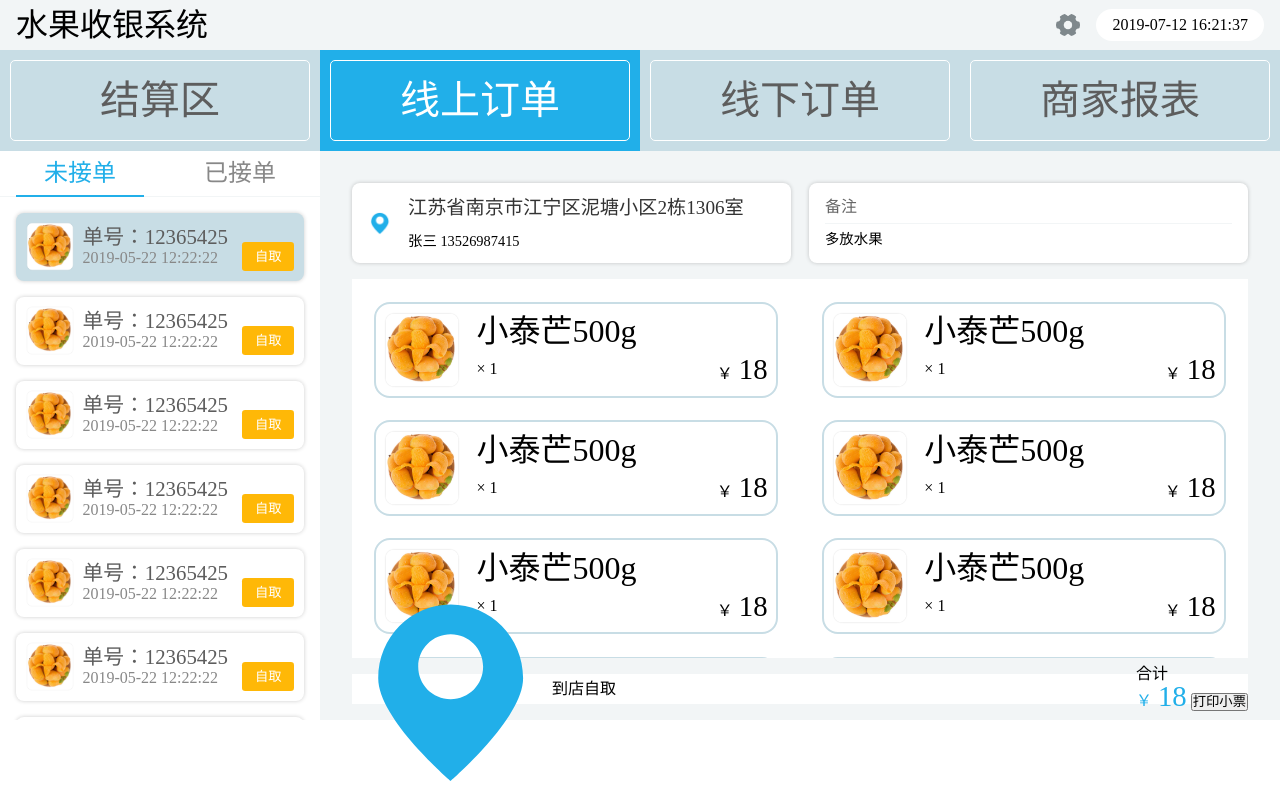
Repository: missing-star/fruit
Page: index.html
An editor plug-in stored every save of this project. The page is shown before and after the next save, followed by the edit.
The browser window is 1280 px wide. The pictures show the whole page.
An inner scrolling area shows only its first screen.

Above is the page before, as saved 2019-07-12 17:28:13.

### index.html
<!DOCTYPE html>
<html lang="en">

<head>
    <meta charset="UTF-8">
    <meta name="viewport" content="width=device-width, initial-scale=1.0">
    <meta http-equiv="X-UA-Compatible" content="ie=edge">
    <title>水果收银系统</title>
    <link rel="stylesheet" href="./css/index.css">
</head>

<body>
    <div id="app">
        <header class="title-bar">
            <p class="title">水果收银系统</p>
            <div class="right-part-show">
                <img src="./images/setting.png" alt="设置" class="setting-icon">
                <p class="show-current-time">{{currentTime}}</p>
            </div>
        </header>
        <ul class="category-tab">
            <li class="category-item" :class="{active:currentIndex == 0}" @click="switchTab(0)">
                <p class="category-title">结算区</p>
            </li>
            <li class="category-item" :class="{active:currentIndex == 1}" @click="switchTab(1)">
                <p class="category-title">线上订单</p>
            </li>
            <li class="category-item" :class="{active:currentIndex == 2}" @click="switchTab(2)">
                <p class="category-title">线下订单</p>
            </li>
            <li class="category-item" :class="{active:currentIndex == 3}" @click="switchTab(3)">
                <p class="category-title">商家报表</p>
            </li>
        </ul>
        <!-- 结算区 -->
        <div v-show="currentIndex == 0" class="main-content">
            <div class="operation-wrapper">
                <ul class="goods-list-wrapper">
                    <li v-for="n in 10" class="goods-item">
                        <div class="goods-pic-wrapper">
                            <span class="delete-icon pointer"></span>
                            <img src="./images/goods.png" class="goods-pic">
                        </div>
                        <div class="goods-detail">
                            <p class="goods-title">苹果</p>
                            <p class="goods-spec">规格：12元/250g</p>
                            <p class="goods-money">
                                <span class="goods-weight">重量357g</span>
                                <span class="goods-price">
                                    <i class="money-icon black">￥</i>
                                    <i class="money-number black">18</i>
                                </span>
                            </p>
                        </div>
                    </li>
                </ul>
                <div class="calculator-scope">
                    <div class="show-total-money">
                        <p class="total-title">共4件商品</p>
                        <p class="total-money">
                            <span class="money-title">合计</span>
                            <span class="show-money">
                                <i class="money-icon blue">￥</i>
                                <i class="money-number blue">54.00</i>
                            </span>
                        </p>
                    </div>
                    <div class="operation-group">
                        <div class="left-part">
                            <button class="order-list pointer">挂单列表</button>
                            <button class="go-order pointer">挂单</button>
                        </div>
                        <button class="right-part pointer">
                            结算
                        </button>
                    </div>
                </div>
            </div>
            <div class="goods-choice-wrapper">
                <ul class="goods-category-wrapper">
                    <li @click="switchSubTab(n-1)" :class="{active:subCurrentIndex == n-1}" v-for="n in 20"
                        class="goods-category-item pointer">
                        分类
                    </li>
                </ul>
                <ul class="goods-choice-list">
                    <li v-for="n in 20" class="goods-choice-item">
                        <img src="./images/goods.png" class="goods-show-pic">
                        <p class="goods-desc">
                            <span class="goods-name">小泰芒</span>
                            <span class="price-weight">23元 / 250g</span>
                        </p>
                    </li>
                </ul>
            </div>
        </div>
        <div v-show="currentIndex == 1" class="main-content">
            <div class="operation-wrapper">
                <ul class="tab-wrapper">
                    <li @click="switchOnlineTab(0)" :class="{active:onlineCurrentIndex == 0}" class="tab-item pointer">
                        未接单</li>
                    <li @click="switchOnlineTab(1)" :class="{active:onlineCurrentIndex == 1}" class="tab-item pointer">
                        已接单</li>
                </ul>
                <div class="order-list-wrapper">
                    <ul v-show="onlineCurrentIndex == 0" class="accept-wrapper">
                        <li @click="getOrderDetail(0,n)" v-for="n in 20" class="order-item pointer"
                            :class="{active:currentOrder == n && onlineCurrentIndex == 0}">
                            <img src="./images/goods.png" class="order-goods-pic">
                            <div class="order-detail">
                                <p class="order-number">单号：12365425</p>
                                <p class="order-date">2019-05-22 12:22:22</p>
                            </div>
                            <button class="post-way self">自取</button>
                        </li>
                    </ul>
                    <ul v-show="onlineCurrentIndex == 1" class="accept-wrapper">
                        <li @click="getOrderDetail(1,n)" v-for="n in 20" class="order-item pointer"
                            :class="{active:currentOrder == n && onlineCurrentIndex == 1}">
                            <img src="./images/goods.png" class="order-goods-pic">
                            <div class="order-detail">
                                <p class="order-number">单号：12365425</p>
                                <p class="order-date">2019-05-22 12:22:22</p>
                            </div>
                            <button class="post-way post">自取</button>
                        </li>
                    </ul>
                </div>
            </div>
            <div class="order-detail-wrapper">
                <div class="user-info">
                    <div class="user-address info-part">
                        <img src="./images/location.png" class="location">
                        <div class="address-detail">
                            <p class="address">江苏省南京市江宁区泥塘小区2栋1306室</p>
                            <p class="user-detail">张三 13526987415</p>
                        </div>
                    </div>
                    <div class="user-comment info-part">
                        <p class="comment-title">备注</p>
                        <p class="user-detail">多放水果</p>
                    </div>
                </div>
                <ul class="order-detail-goods-list-wrapper">
                    <li v-for="n in 30" class="order-detail-goods-item">
                        <img src="./images/goods.png" class="order-detail-goods-pic">
                        <div class="order-detail-goods-detail">
                            <p class="title">小泰芒500g</p>
                            <p class="number-money">
                                <span class="goods-num">× 1</span>
                                <span class="goods-price">
                                    <i class="money-icon black">￥</i>
                                    <i class="money-number black">18</i>
                                </span>
                            </p>
                        </div>
                    </li>
                </ul>
                <div class="ticket-print-wrapper">
                    <p class="is-in-shop">
                        <img src="./images/location.png" class="check-icon">
                        <span class="check-titl">到店自取</span>
                    </p>
                    <div class="right-calculator">
                        <p class="calculator-title">合计</p>
                        <span class="goods-price">
                            <i class="money-icon blue">￥</i>
                            <i class="money-number blue">18</i>
                        </span>
                        <button class="print-action">打印小票</button>
                    </div>
                </div>
            </div>
        </div>
        <div v-show="currentIndex == 2" class="main-content">

        </div>
        <div v-show="currentIndex == 3" class="main-content">

        </div>
    </div>
    <script src="https://cdn.bootcss.com/vue/2.6.10/vue.js"></script>
    <script src="./js/index.js"></script>
</body>

</html>

### css/index.css
html,body,div#app{
    height: 100%;
    background: #FFFFFF;
    min-width: 1200px;
}
body{
    font-size: calc(100vw / 19.2);
}
*{
    padding: 0;
    margin: 0;
    list-style: none;
    box-sizing: border-box;
    line-height: 100%;
    color: #000000;
    font-style: normal;
}
header.title-bar {
    background: #F2F5F6;
    padding: 1rem;
    height: 7%;
    display: flex;
    align-items: center;
    justify-content: space-between;
}
p.title {
    font-size: 2rem;
}
.right-part-show {
    display: flex;
    align-items: center;
    justify-content: space-around;
}
img.setting-icon {
    width: 1.5rem;
    margin-right: 1rem;
    cursor: pointer;
}
p.show-current-time {
    font-size: 1rem;
    background: #FFFFFF;
    padding: 0.5rem 1rem;
    border-radius: 10rem;
}
ul.category-tab {
    width: 100%;
    height: 14%;
    display: flex;
    align-items: center;
    justify-content: space-around;
    background: #C8DDE5;
}
li.category-item{
    width: 100%;
    height: 100%;
    display: flex;
    align-items: center;
    justify-content: center;
    padding: 10px;
    cursor: pointer;
}
li.category-item p.category-title {
    color: #5D5D5D;
    border: 1px solid #FFFFFF;
    border-radius: 5px;
    width: 100%;
    height: 100%;
    display: flex;
    align-items: center;
    justify-content: center;
    white-space: nowrap;
    font-size: 2.5rem;
}
li.category-item.active{
    background: #21AFE9;
}
li.category-item.active p.category-title{
    color: #FFFFFF;
}
.pointer{
    cursor: pointer;
}
.main-content {
    height: 79%;
    display: flex;
}
.operation-wrapper {
    width: 25%;
    height: 100%;
}
li.goods-item {
    height: 13vh;
    box-shadow: 0px 0px 4px 0px rgba(0,0,0,0.2);
    border-radius: 10px;
    margin: 1rem 0;
    display:flex;
}
.goods-pic-wrapper {
    position: relative;
    height: 100%;
    width: 30%;
    padding: 1rem;
}
img.goods-pic {
    width: 100%;
    height: auto;
}
ul.goods-list-wrapper {
    height: 75%;
    overflow: auto;
    padding: 0.5rem;
}
.calculator-scope {
    height: 25%;
}
span.delete-icon {
    width: 1.5rem;
    height: 1.5rem;
    background: url(../images/delete.png) no-repeat;
    background-size: 100% 100%;
    display: block;
    position: absolute;
    left: 0.5rem;
    top: 0.5rem;
}
.goods-detail {
    width: 70%;
    height: 100%;
}
p.goods-title {
    color: #000000;
    font-size: 2rem;
}
p.goods-spec {
    color: #6B6B6B;
    font-size: 1.2rem;
}
p.goods-money {
    display: flex;
    align-items: center;
    justify-content: space-between;
}
span.goods-weight {
    color: #FE7204;
    font-size: 1.5rem;
}
span.goods-price {
    font-size: 1.5rem;
}
.goods-detail {
    width: 70%;
    height: 100%;
    display: flex;
    flex-direction: column;
    justify-content: space-between;
    padding: 1rem;
}
i.money-number {
    font-size: 1.8rem;
}
i.money-icon {
    font-size: 1rem;
}
i.money-number.blue,i.money-icon.blue{
    color: #21AFE9;
}

.calculator-scope {
    border-top: 2px solid rgba(242,245,246,1);
    padding: 1rem;
}
div.show-total-money {
    background: rgba(242,245,246,1);
    display: flex;
    align-items: center;
    justify-content: space-between;
    font-size: 1.2rem;
    height: 30%;
    padding: 1rem;
    border-radius: 0.5rem;
    box-shadow:0px 1px 4px 0px rgba(0,0,0,0.2);
}
.operation-group {
    display: flex;
    align-items: center;
    justify-content: space-between;
    height: 70%;
    padding-top: 1rem;
}
p.total-title {
    color: #5D5D5D;
}
span.money-title {
    color: #333333;
}
button.order-list.pointer {
    background: #FFC639;
    outline: 0;
    border: none;
    color: #FFFFFF;
    width: 100%;
    height: 40%;
}
.left-part {
    width: 55%;
    height: 100%;
    display: flex;
    flex-direction: column;
    align-items: flex-start;
    justify-content: space-between;
}
button.order-list.pointer,button.go-order.pointer {
    border-radius: 0.5rem;
    background: #FFC639;
    outline: 0;
    border: none;
    color: #FFFFFF;
    width: 85%;
    height: 44%;
    font-size: 1.5rem;
}
button.go-order.pointer {
    background: #FF7A05;
}
.right-part {
    background: #21AFE9;
    border-radius: 0.5rem;
    color: #FFFFFF;
    font-size: 2rem;
    width: 45%;
    height: 100%;
    display: flex;
    align-items: center;
    justify-content: center;
    outline: 0;
    border:none;
}
ul.goods-category-wrapper {
    height: 100%;
    overflow: auto;
}
.goods-choice-wrapper {
    width: 75%;
    display: flex;
}
ul.goods-category-wrapper {
    width: 15%;
    height: 100%;
    overflow: auto;
}
li.goods-category-item {
    font-size: 1.5rem;
    display: flex;
    align-items: center;
    justify-content: center;
    height: 4rem;
    background: #EAEFF1;
    color: #5D5D5D;
    border-bottom: 2px solid #FFFFFF;
}
li.goods-category-item.active{
    background: #21AFE9;
    color: #FFFFFF;
}
ul.goods-choice-list {
    height: 100%;
    overflow: auto;
    width: 85%;
    background: #F2F5F6;
    display: flex;
    flex-wrap: wrap;
}
img.goods-show-pic {
    width: 100%;
}
li.goods-choice-item {
    width: 25%;
    margin: 2% calc(25% / 6);
    background: #FFFFFF;
    border-radius: 1rem;
    padding: 1rem;
}
p.goods-desc {
    display: flex;
    flex-direction: column;
    padding: 0 1rem;
}
span.goods-name {
    color: #333333;
    font-size: 2rem;
    margin-bottom: 1rem;
}
span.price-weight {
    color: #888888;
    font-size: 1.3rem;
}
ul::-webkit-scrollbar {
    height: 0;
    width: 4px;
}
ul::-webkit-scrollbar {
    width: 5px; /*对垂直流动条有效*/
    height: 0px; /*对水平流动条有效*/
}

/*定义滚动条的轨道颜色、内阴影及圆角*/
ul::-webkit-scrollbar-track{
    background-color: #FFFFFF;
    border-radius: 3px;
}


/*定义滑块颜色、内阴影及圆角*/
ul::-webkit-scrollbar-thumb{
    border-radius: 7px;
    background-color: #aaa;
}
ul.tab-wrapper{
    width: 100%;
    height: 8%;
    font-size: 1.5rem;
    display: flex;
    align-items: center;
    justify-content: space-around;
    border-bottom: 1px solid rgba(242,245,246,1);
}
li.tab-item{
    color: #888888;
    position: relative;
    width: 50%;
    text-align:center;
    height: 100%;
    display: flex;
    align-items: center;
    justify-content: center;
}
li.tab-item.active{
    color: #21AFE9;
}
li.tab-item.active:after{
    content: '';
    width: 80%;
    height: 2px;
    background: #21AFE9;
    position: absolute;
    bottom: -1px;
    left: 10%;
}
.order-list-wrapper {
    height: 92%;
}
ul.accept-wrapper {
    width: 100%;
    height: 100%;
    overflow: auto;
}
li.order-item {
    display: flex;
    align-items: center;
    justify-content: space-between;
    height: 13%;
    font-size: 1rem;
    box-shadow: 0px 0px 4px 0px rgba(0,0,0,0.2);
    border-radius: 0.5rem;
    margin: 1rem;
    padding: 0.6rem;
}
img.order-goods-pic{
    height: 100%;
}
button.post-way {
    align-self: flex-end;
    border: none;
    outline: 0;
    color: #FFFFFF;
    padding: 0.5rem 0.8rem;
    border-radius: 0.2rem;
}
button.post-way.self{
    background: #FFB807;
}
button.post-way.post{
    background: #FF7A05;
}
p.order-number {
    color: #5D5D5D;
    font-size: 1.3rem;
}
p.order-date {
    color: #888888;
    font-size: 1rem;
}
.order-detail {
    flex: 1;
    height: 85%;
    display: flex;
    align-items: flex-start;
    padding-left: 0.5rem;
    justify-content: space-around;
    flex-direction: column;
}
li.order-item.active{
    background: #C8DDE5;
}
.order-detail-wrapper {
    width: 75%;
    height: 100%;
    background: #F2F5F6;
    padding: 2rem;
}
.user-info {
    display: flex;
    align-items: center;
    justify-content: space-between;
    font-size: 1rem;
}
.info-part {
    box-shadow: 0px 0px 4px 0px rgba(0,0,0,0.2);
    border-radius: 0.5rem;
    width: 49%;
    padding: 1rem;
    height: 5rem;
    display: flex;
    align-items: center;
    background: #FFFFFF;
}
img.location{
    width: 1.5rem;
}
.address-detail{
    padding-left: 1rem;
}
p.address {
    color: #333333;
    font-size: 1.2rem;
    padding-bottom: 0.5rem;
}
p.user-detail {
    font-size: 0.9rem;
    padding-top: 0.5rem;
}
.user-comment.info-part {
    display: flex;
    flex-direction: column;
    align-items: flex-start;
}
p.comment-title {
    color: #666666;
    padding-bottom: 0.5rem;
    width: 100%;
    border-bottom: 1px solid #F2F5F6;
}
ul.order-detail-goods-list-wrapper {
    height: 75%;
    overflow: auto;
    margin-top: 1rem;
    display: flex;
    flex-wrap: wrap;
    background: #FFFFFF;
}
img.order-detail-goods-pic {
    height: 100%;
}
li.order-detail-goods-item {
    width: 45%;
    margin: 2.5%;
    margin-bottom: 0;
    height: 6rem;
    border: 2px solid #C8DDE5;
    border-radius: 1rem;
    padding: 0.5rem;
    display: flex;
    align-items: center;
    font-size: 1rem;
}
.order-detail-goods-detail {
    flex: 1;
    height: 100%;
    display: flex;
    flex-direction: column;
    justify-content: space-around;
    padding-left: 1rem;
}
p.number-money {
    display: flex;
    align-items: center;
    justify-content: space-between;
}
.ticket-print-wrapper {
    height: calc(100% - 6rem - 75%);
    background: #FFFFFF;
    margin-top: 1rem;
    font-size: 1rem;
    display: flex;
    align-items: center;
    justify-content: space-between;
}
p.is-in-shop {
    display: flex;
    align-items: center;
}

### js/index.js
new Vue({
    el: '#app',
    data: {
        currentTime: '0000-00-00 00:00:00',
        currentIndex:1,
        subCurrentIndex:0,
        onlineCurrentIndex:0,
        currentOrder:1
    },
    methods: {
        getCurrentTime: function () {
            var date = new Date();
            var year = date.getFullYear();
            var month = (date.getMonth() + 1) < 10 ? '0' + (date.getMonth() + 1) : (date.getMonth() + 1);
            var day = date.getDate() < 10 ? '0' + date.getDate() : date.getDate();
            var hour = date.getHours() < 10 ? '0' + date.getHours() : date.getHours();
            var minute = date.getMinutes() < 10 ? '0' + date.getMinutes() : date.getMinutes();
            var second = date.getSeconds() < 10 ? '0' + date.getSeconds() : date.getSeconds();
            this.currentTime = year + '-' + month + '-' + day + ' ' + hour + ':' + minute + ':' + second;
        },
        switchTab:function(index) {
            if(this.currentIndex != index) {
                this.currentIndex = index;
            }
        },
        switchSubTab:function(index) {
            if(this.subCurrentIndex != index) {
                this.subCurrentIndex = index;
            }
        },
        switchOnlineTab:function(index) {
            if(this.onlineCurrentIndex != index) {
                this.onlineCurrentIndex = index;
            }
        },
        getOrderDetail:function(onlineCurrentIndex,currentOrder) {
            if(this.onlineCurrentIndex != onlineCurrentIndex || currentOrder != this.currentOrder) {
                this.onlineCurrentIndex = onlineCurrentIndex;
                this.currentOrder = currentOrder;
            }
        }
    },
    created: function () {
        var vm = this;
        vm.getCurrentTime();
        setInterval(function(){
            vm.getCurrentTime();
        }, 1000);
    }
});

After the next save:
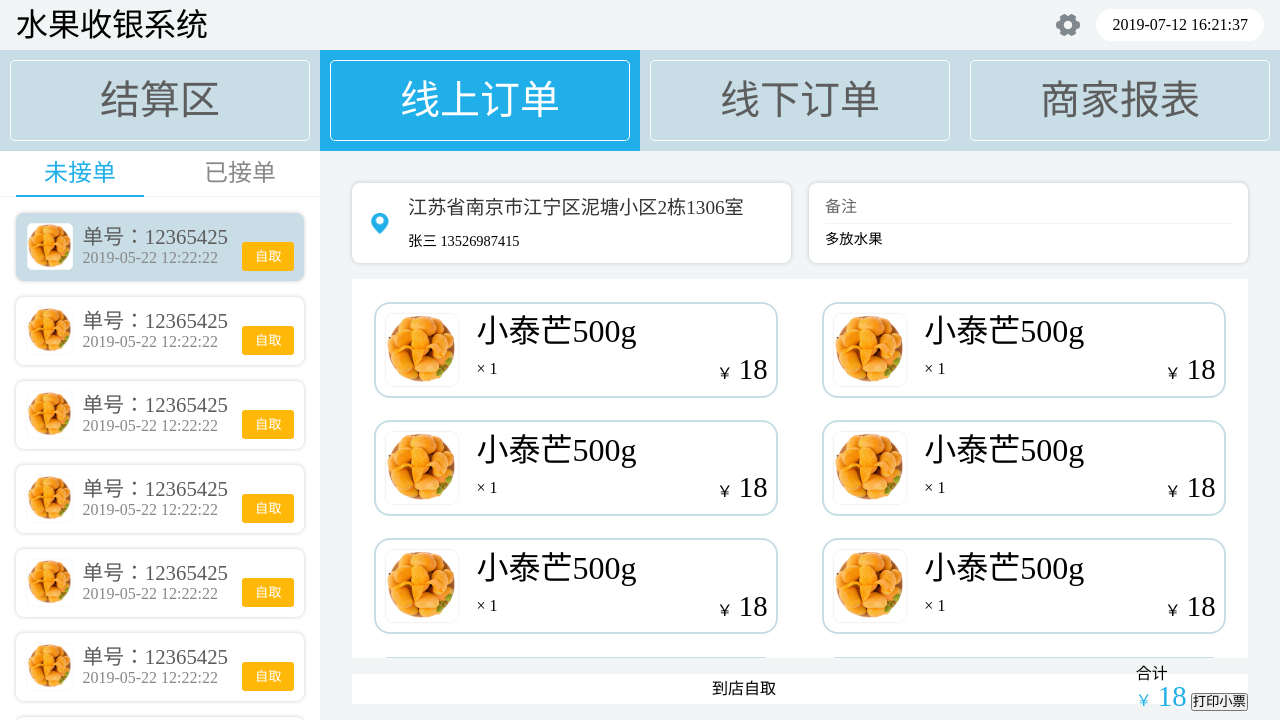
Saved 3 min 44 s later.
--- a/index.html
+++ b/index.html
@@ -158,7 +158,9 @@
                 </ul>
                 <div class="ticket-print-wrapper">
                     <p class="is-in-shop">
-                        <img src="./images/location.png" class="check-icon">
+                        <div class="checkbox-wrapper">
+                            <div class="checkbox-inner"></div>
+                        </div>
                         <span class="check-titl">到店自取</span>
                     </p>
                     <div class="right-calculator">
